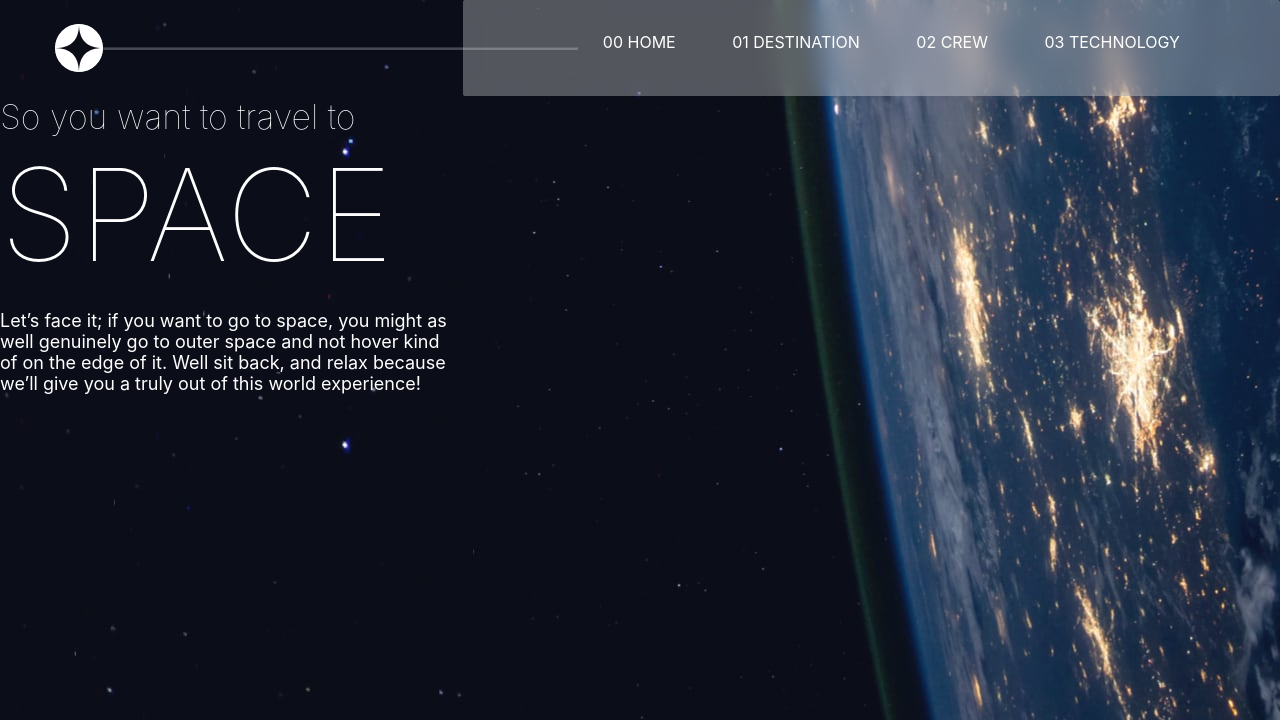
Repository: jhonenmanuel1/FrontEndMentor-MultiPageSpace
Page: /
An editor plug-in stored every save of this project. The page is shown before and after the next save, followed by the edit.
The browser window is 1280 px wide. The pictures show the whole page.
The project was rebuilt for these pictures with package versions that can differ from the ones it lists, and the page was loaded fresh each time.

Above is the page before, as saved 2022-06-21 16:38:48.

### src/App.js
import './App.css';
import HeaderView from './components/header';
import HomeView from './views/home';


function App() {
  return (
    <div className="App">
      <HeaderView/>
      <HomeView/>

    </div>
  );
}

export default App;

### src/App.css
body{
    background-image: url("../src/components/Images/home/background-home-desktop.jpg");
    background-color: #cccccc;


}

### src/components/header.js
import styles from "../styles/header.module.css"

const HeaderView = ()=>{

    return(
        <div className={styles.wraper}>
            <div className={styles.headerLogo}>
            <svg xmlns="http://www.w3.org/2000/svg" width="48" height="48"><g fill="none" fill-rule="evenodd"><circle cx="24" cy="24" r="24" fill="#FFF"/><path fill="#0B0D17" d="M24 0c0 16-8 24-24 24 15.718.114 23.718 8.114 24 24 0-16 8-24 24-24-16 0-24-8-24-24z"/></g></svg>
            </div>
            <div className={styles.headerLine}>
                <hr />
            </div>
            <div className={styles.headerMenu}>
                 <ul>
                    <li> 00 HOME</li>
                    <li> 01 DESTINATION </li>
                    <li> 02 CREW </li>
                    <li className={styles.lastList}> 03 TECHNOLOGY</li>

                </ul>
            </div>

        </div>
    )
}
export default HeaderView;

### src/views/home.js
import React from "react";
import styles from "../styles/homeview.module.css"

export default function HomeView(){
    return<>
        <div className={styles.homeSpaceTarget}>
            <div>
                <h3 className={styles.homeSpaceTargeth3}>So you want to travel to</h3>
                <h1 className={styles.homeSpaceTargeth1}>SPACE </h1>
                <p className={styles.homeSpaceTargetp}>Let’s face it; if you want to go to space, you might as well genuinely go to outer space and not hover kind of on the edge of it. Well sit back, and relax because we’ll give you a truly out of this world experience!</p>
            </div>
        </div>
    </>
}

### src/styles/header.module.css
.wraper {
    display: flex;
    justify-content: space-between;


    background-position: center center;
    background-repeat: no-repeat;
    background-size: cover


}
.headerLogo{
    display: flex;
    justify-content: center;
    align-items: center;


}
.headerLogo svg {
    background-color: aliceblue;
    border-radius: 100%;
    height: 48px;
    width: 48px;
    margin-left: 55px;
}

.headerMenu{
    background-color: rgba(255, 255, 255, 0.3);
    border-radius: 2px;
    text-align: center;
    backdrop-filter: blur(12px);
    -webkit-backdrop-filter: blur(10px);
    width: 830px;
    height: 96px;



}

.headerMenu ul {
    display: flex;
    justify-content:  space-between;
    align-items: center;
    padding-right: 100px;
    margin-left: 100px;
    margin-top: 32px;
    color: white;


}
.headerMenu ul li {
    text-decoration: none;
    list-style: none;

}

.headerLogo{
    color: white;

}
.headerLine {
    display: flex;
    justify-content: center;
    align-items: center;
    margin-right: -9%;
    z-index: 1;

}
.headerLine hr {
    height: 1px;
    background-color: white;
    color: white;
    width: 473px;
    opacity:  25.15%;

}

### src/styles/homeview.module.css
body{
    color: white;
}
.homeSpaceTarget{
    max-width: 461.76px;
    display: flex;
    justify-content: center;
    align-items: center;
    margin: 0px;
}

.homeSpaceTargeth3 {
    font-weight: 1;
    font-size: 34px;
    margin: 0px;
}
.homeSpaceTargeth1{
    font-weight: 20;
    font-size: 128px;
    margin: 0px;
}
.homeSpaceTargetp{
    font-size: 18px;
}

Loaded but not shown: public/index.html (common file); src/index.js (common file); src/index.css (common file); src/reportWebVitals.js (common file)

After the next save:
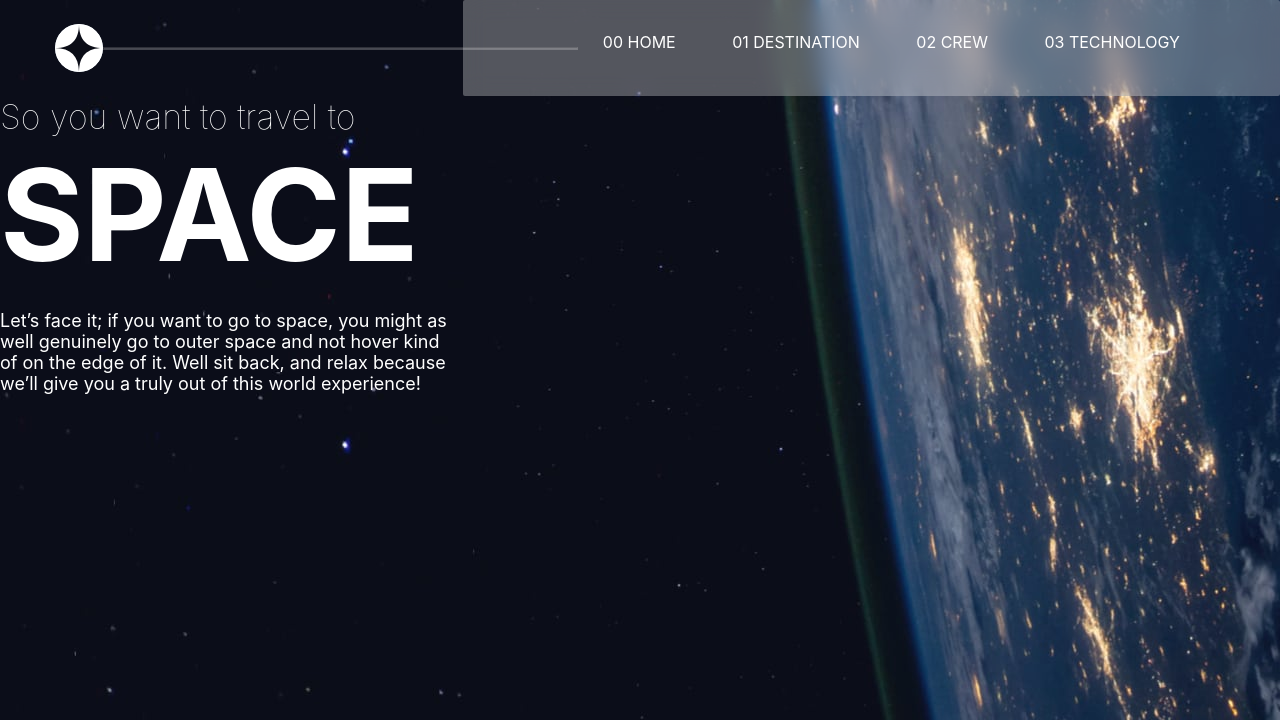
Saved 5 s later.
--- a/src/styles/homeview.module.css
+++ b/src/styles/homeview.module.css
@@ -15,7 +15,7 @@
     margin: 0px;
 }
 .homeSpaceTargeth1{
-    font-weight: 20;
+    font-weight: 20px;
     font-size: 128px;
     margin: 0px;
 }

After the 4 saves that followed:
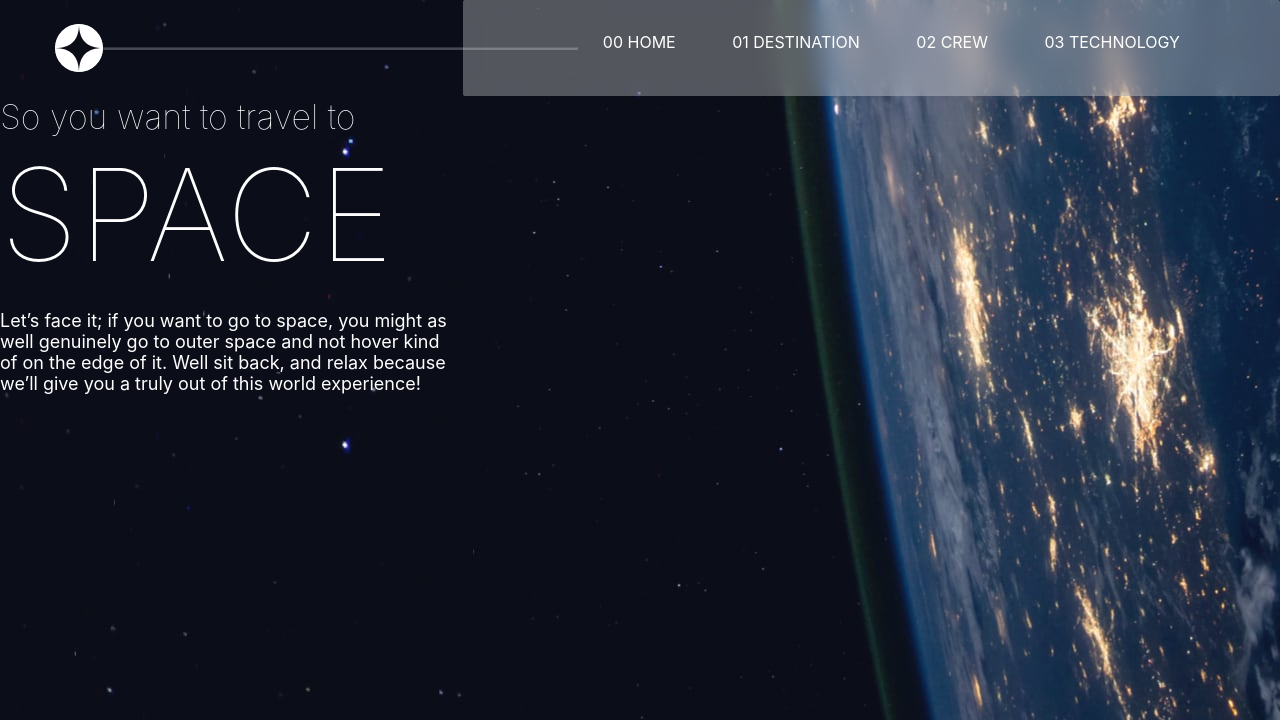
The 4 saves are shown as one change because 3 left the picture as it was.
The last was saved 49 s later.
--- a/src/styles/homeview.module.css
+++ b/src/styles/homeview.module.css
@@ -15,7 +15,7 @@
     margin: 0px;
 }
 .homeSpaceTargeth1{
-    font-weight: 20px;
+    font-weight: 2;
     font-size: 128px;
     margin: 0px;
 }
